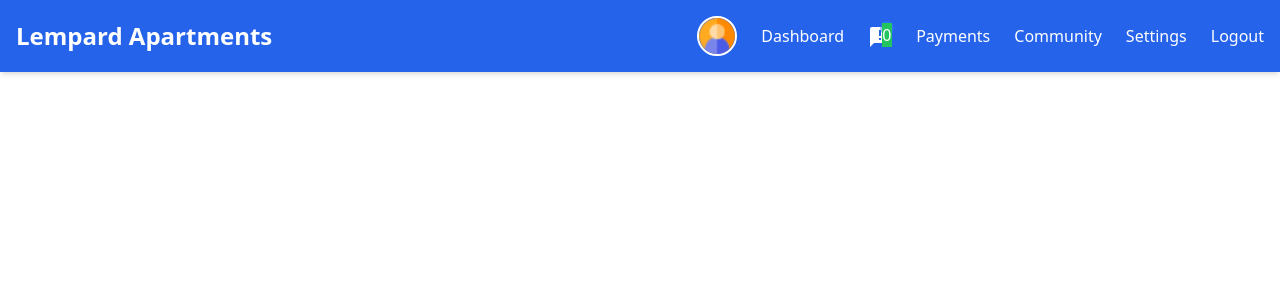
Repository: makanda596/system
Page: /home (app in client/)
These files come from the project's save history. The page is drawn as it stood at one moment and after the next save; the edit follows.
The browser window is 1280 px wide. The pictures show the whole page.
The project was rebuilt for these pictures with package versions that can differ from the ones it lists, and the page was loaded fresh each time. Also part of the build but not shown: client/src/SignUpForm.jsx, client/src/LoginForm.jsx. Imported but missing from the stored project, and not drawn on this page: client/src/reportWebVitals.

Above is the page before, as saved 2024-12-03 09:28:24.

### client/src/App.js
import React from 'react';
import { BrowserRouter as Router, Route, Routes } from 'react-router-dom';
import Home from './Home.jsx'
import SignUpForm from './SignUpForm.jsx'
import LoginForm from './LoginForm.jsx'
function App() {
  return (
    <div>
      <Router>
        <Routes>
          <Route path="/signup" element={<SignUpForm />} />
          <Route path='/' element={<LoginForm />} />
          <Route path='/home' element={<Home />} />
        </Routes>
      </Router>
    </div>
  );
}

export default App;

### client/src/Home.jsx
import React from 'react';
import Navbar from '../src/componets/Navbar'
function Home() {
    return (
        <div>
            <Navbar />
        </div>
    );
}

export default Home;

### client/src/componets/Navbar.jsx
import React, { useState } from 'react';
import { Link } from 'react-router-dom';
import avatar from '../assets/avatar.png'
import AnnouncementIcon from '@mui/icons-material/Announcement';
function Navbar() {
    const handleLogout = () => {
        // Logic for logging out (e.g., clearing session data, tokens, etc.)
        window.location.href = '/login'; // Redirect to the login page after logout
    };
    const alert = 3

    return (
        <nav className="bg-blue-600 shadow-md">
            <div className="max-w-7xl mx-auto px-4 py-4 flex justify-between items-center">
                {/* Logo or Apartment Name */}
                <h1 className="text-white text-2xl font-bold">Lempard Apartments</h1>

                {/* Navbar links */}
                <div className="flex space-x-6 items-center text-white">
                    {/* Profile Picture and Profile Link */}
                    <div className="relative">
                        <img
                            src={avatar} // Replace with actual profile picture URL
                            alt=""
                            className="w-10 h-10 rounded-full border-2 border-white"
                        />
                    </div>

                    {/* Dashboard Link */}
                    <Link to="/dashboard" className="hover:text-blue-300">Dashboard</Link>
                    <div className="relative">
                        <span className="absolute top-0 right-0 inline-block w-2.5 h-2.5 rounded-full ring-2 ">
                            {alert.length > 1 ? <p className='bg-red-500 '>{alert.length} </p> : <p className='bg-green-500 ring-green'>0</p>}
                        </span>
                        <AnnouncementIcon />
                    </div>
                    {/* Payments Link */}
                    <Link to="/payments" className="hover:text-blue-300">Payments</Link>

                    {/* Community Link */}
                    <Link to="/community" className="hover:text-blue-300">Community</Link>

                    {/* Settings Link */}
                    <Link to="/settings" className="hover:text-blue-300">Settings</Link>




                    {/* Logout Button */}
                    <button onClick={handleLogout} className="hover:text-blue-300">Logout</button>
                </div>
            </div>
        </nav>
    );
}

export default Navbar;

Loaded but not shown: client/src/index.js (common file); client/src/index.css (common file); client/tailwind.config.js (common file)

After the next save:
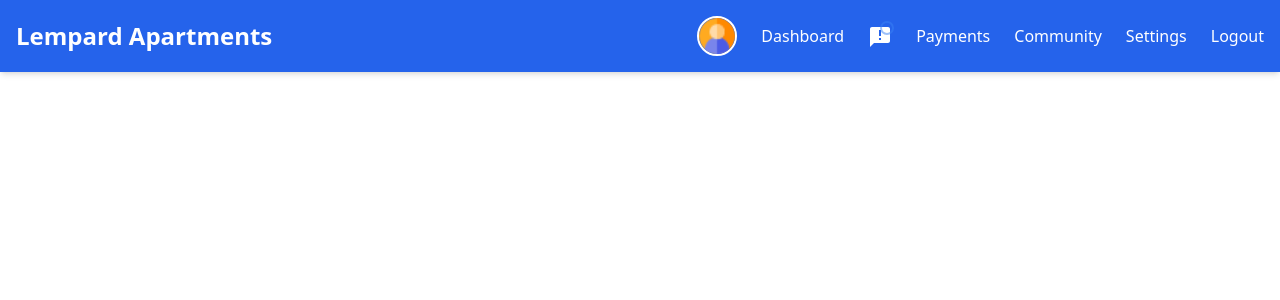
Saved 93 s later.
--- a/client/src/componets/Navbar.jsx
+++ b/client/src/componets/Navbar.jsx
@@ -7,7 +7,7 @@ function Navbar() {
         // Logic for logging out (e.g., clearing session data, tokens, etc.)
         window.location.href = '/login'; // Redirect to the login page after logout
     };
-    const alert = 3
+    const [alert, setAlert] = useState(3)
 
     return (
         <nav className="bg-blue-600 shadow-md">
@@ -30,7 +30,7 @@ function Navbar() {
                     <Link to="/dashboard" className="hover:text-blue-300">Dashboard</Link>
                     <div className="relative">
                         <span className="absolute top-0 right-0 inline-block w-2.5 h-2.5 rounded-full ring-2 ">
-                            {alert.length > 1 ? <p className='bg-red-500 '>{alert.length} </p> : <p className='bg-green-500 ring-green'>0</p>}
+                            {alert > 0 ? <p className='bg-red-500 '>{alert.length} </p> : <p className='bg-green-500 ring-green'>0</p>}
                         </span>
                         <AnnouncementIcon />
                     </div>
